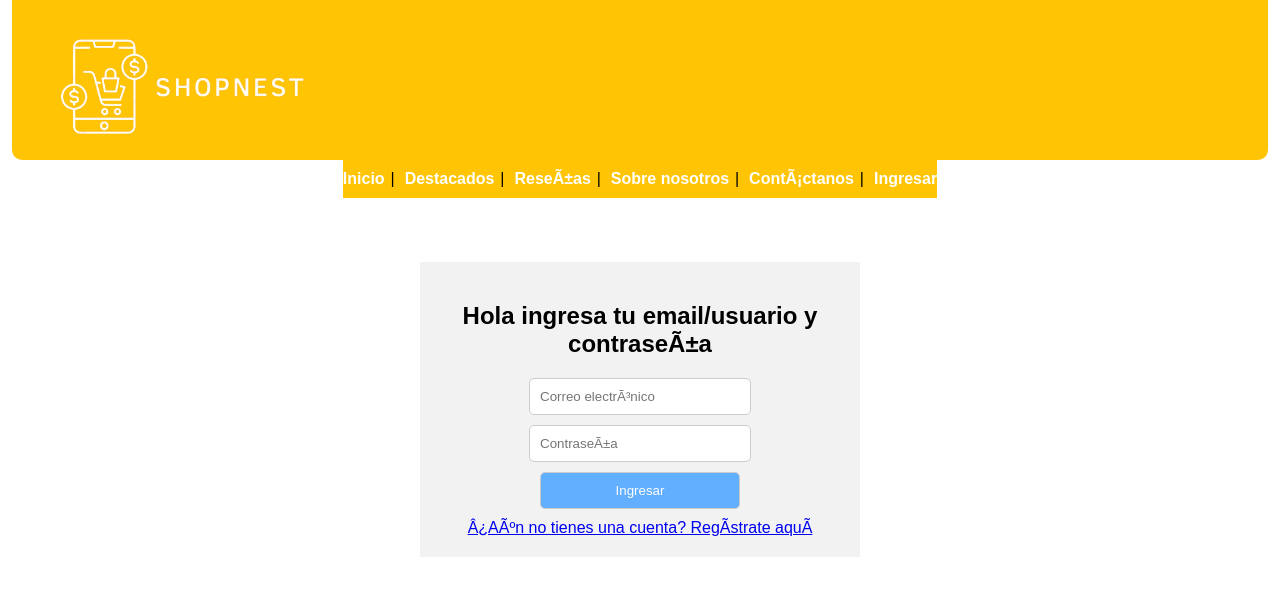
Repository: Regmalek07/ProyectoU
Page: inicio_sesion.html
The author's editor kept a copy of each file at every save. The page is drawn from the files as they stood at one save, then again after the next save.
The browser window is 1280 px wide. The pictures show the whole page.

Above is the page before, as saved 2024-04-29 14:29:10.
Console error: TypeError: Cannot read properties of null (reading 'style')

### inicio_sesion.html
<!DOCTYPE html>
<html>
    <head lang="es">
        <meta charset="UFT-8">
        <title>Inicio</title>
        <link rel="stylesheet" href="styles/styles.css">
    </head>
    <body>
        <header>
            <div class="logo">
                <a href="home.html">
                    <img src="images/Logo_1.png" alt="LogoShop">
                </a>
            </div>
        </header>
        <div class="menu-container">
            <nav>
                <ul>
                    <li><a href="home.html">Inicio</a><span>|</span></li>
                    <li><a href="destacado.html">Destacados</a><span>|</span></li>
                    <li><a href="resena.html">Reseñas</a><span>|</span></li>
                    <li><a href="sobre_nosotros.html">Sobre nosotros</a><span>|</span></li>
                    <li><a href="contacto.html">Contáctanos</a><span>|</span></li>
                    <li class="menu"> <!-- Cambia la clase a "menu" -->
                        <a>Ingresar</a>
                        <ul>
                            <li><a href="inicio_sesion.html">Iniciar Sesion</a></li>
                            <li><a href="registro.html">Regístrate</a></li>
                        </ul>
                    </li>
                </ul>
            </nav>
        </div>
        <section class="landing">
            <h1>Hola ingresa tu email/usuario y contraseña</h1>
            <form id="login-form">
                <input type="email" name="correo" placeholder="Correo electrónico" required>
                <input type="password" name="contrasena" placeholder="Contraseña" required>
                <button type="submit">Ingresar</button>
            </form>
            <a href="registro.html">¿Aún no tienes una cuenta? Regístrate aquí</a>
        </section>
        <script src="login.js"></script>
    </body>
</html>

### styles/styles.css
body {
    font-family: Arial, sans-serif;
    margin: 0;
    padding: 0;
    display: flex;
    flex-direction: column;
    align-items: center;
}

h1 {
    text-align: center;
}

p {
    text-align: center;
}
/* Estilos para el banner */

header {
    background-color: #ffc403;
    padding: 20px;
    display: flex;
    justify-content: space-between;
    align-items: center;
    max-height: 120px;
    width: 95%;
    border-bottom-left-radius: 10px;
    border-bottom-right-radius: 10px;
}

.logo img {
    width: 300px;
}

/* Estilos para la sección de landing */
.landing {
    background-color: #f2f2f2;
    margin: 5% 0;
    padding: 20px;
    text-align: center;
    max-width: 400px;
}

/* Estilos para los formularios */
input[type="email"],
input[type="password"],
button {
    margin: 10px auto;
    padding: 10px;
    width: 200px;
    display: block;
    border: 1px solid #ccc;
    border-radius: 5px;
}

button {
    background-color: #62aeff;
    color: #fff;
    cursor: pointer;
}

.menu-container {
    background-color: #ffc403; /* Color del encabezado */
    padding: 10px 0; /* Agrega un poco de espacio alrededor del menú */
    border: 5px;
    border-color: #000;

}

nav {
    margin-top: auto;

}

nav ul {
    list-style-type: none;
    margin: 0;
    padding: 0;
    display: flex;
    justify-content: center;
}

nav li {
    margin-right: 20px;
    position: relative;
}

nav li:last-child {
    margin-right: 0;
}

nav span {
    position: absolute;
    top: 50%;
    right: -10px;
    transform: translateY(-50%);
}

nav a {
    text-decoration: none;
    color: #fff;
    font-weight: bold;
}

nav a:hover {
    color: #105;
}

.menu {
    position: relative;
    text-align: center;
}

.menu:hover {
    background-color: #fff; /* Cambia el fondo al pasar el ratón */
}

.menu ul {
    list-style-type: none;
    padding: 0;
    margin: 0;
    display: none; /* Oculta las opciones por defecto */
    position: absolute;
    top: 100%;
    left: 0;
    width: 100%;
}

.menu:hover ul {
    display: block; /* Muestra las opciones al pasar el ratón */
}

.menu ul li:first-child {
    border-top: none; /* Elimina el borde superior del primer elemento */
}

.menu ul li a {
    display: block;
    text-decoration: none;
    color: #ffc403; /* Cambia el color del texto a amarillo */
    padding: 10px; /* Añade un relleno para mejorar la apariencia */
}

.menu ul li a:hover {
    background-color: #fff; /* Cambia el fondo al pasar el ratón */
    color: #ffc403; /* Cambia el color del texto al pasar el ratón */
}

### login.js
document.addEventListener("DOMContentLoaded", function() {
    // Verificar el estado de autenticación al cargar la página
    var isAuthenticated = localStorage.getItem("authenticated");

    if (isAuthenticated) {
        // Si el usuario no está autenticado, redirigir al inicio de sesión
        window.location.href = "home.html";
    } else {
        // Si el usuario no está autenticado, ocultar el botón de cierre de sesión
        document.getElementById("logout-button").style.display = "none";
    }
});
document.getElementById("login-form").addEventListener("submit", function(event) {
    event.preventDefault(); // Evitar el envío del formulario por defecto

    var formData = new FormData(this); // Obtener los datos del formulario

    // Convertir los datos del formulario a un objeto JSON
    var jsonData = {};
    formData.forEach(function(value, key) {
        jsonData[key] = value;
    });

    // Enviar los datos de inicio de sesión al servidor
    fetch('http://localhost:3000/usuarios?correo=' + encodeURIComponent(jsonData.correo) + '&contrasena=' + encodeURIComponent(jsonData.contrasena))
    .then(response => response.json())
    .then(data => {
        if (data.length > 0) {
            // Usuario autenticado, guardar estado de autenticación
            localStorage.setItem("authenticated", "true");
            // Usuario autenticado, redirigir a la página de home
            window.location.href = 'home.html';
        } else {
            // Credenciales incorrectas, mostrar un mensaje de error
            alert('Usuario o contraseña incorrectos. Por favor, inténtelo de nuevo.');
        }
    })
    .catch((error) => {
        console.error('Error al iniciar sesión:', error);
    });
});

After the next save:
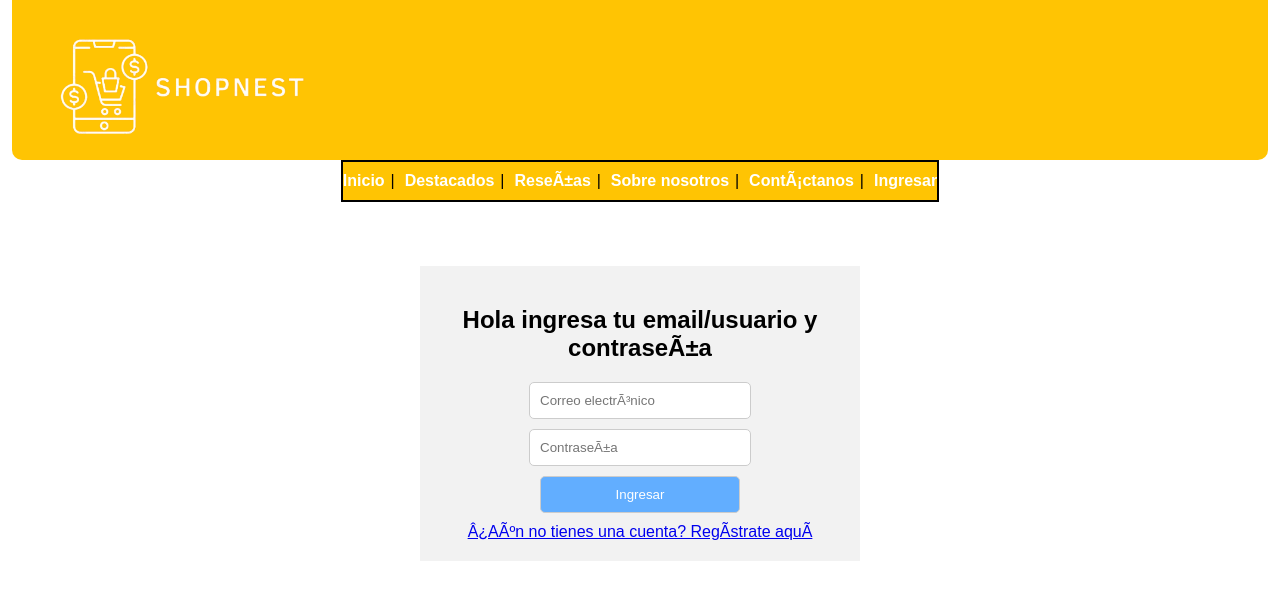
Saved 48 s later.
--- a/styles/styles.css
+++ b/styles/styles.css
@@ -62,7 +62,7 @@
 .menu-container {
     background-color: #ffc403; /* Color del encabezado */
     padding: 10px 0; /* Agrega un poco de espacio alrededor del menú */
-    border: 5px;
+    border: 2px solid #000;
     border-color: #000;
 
 }
